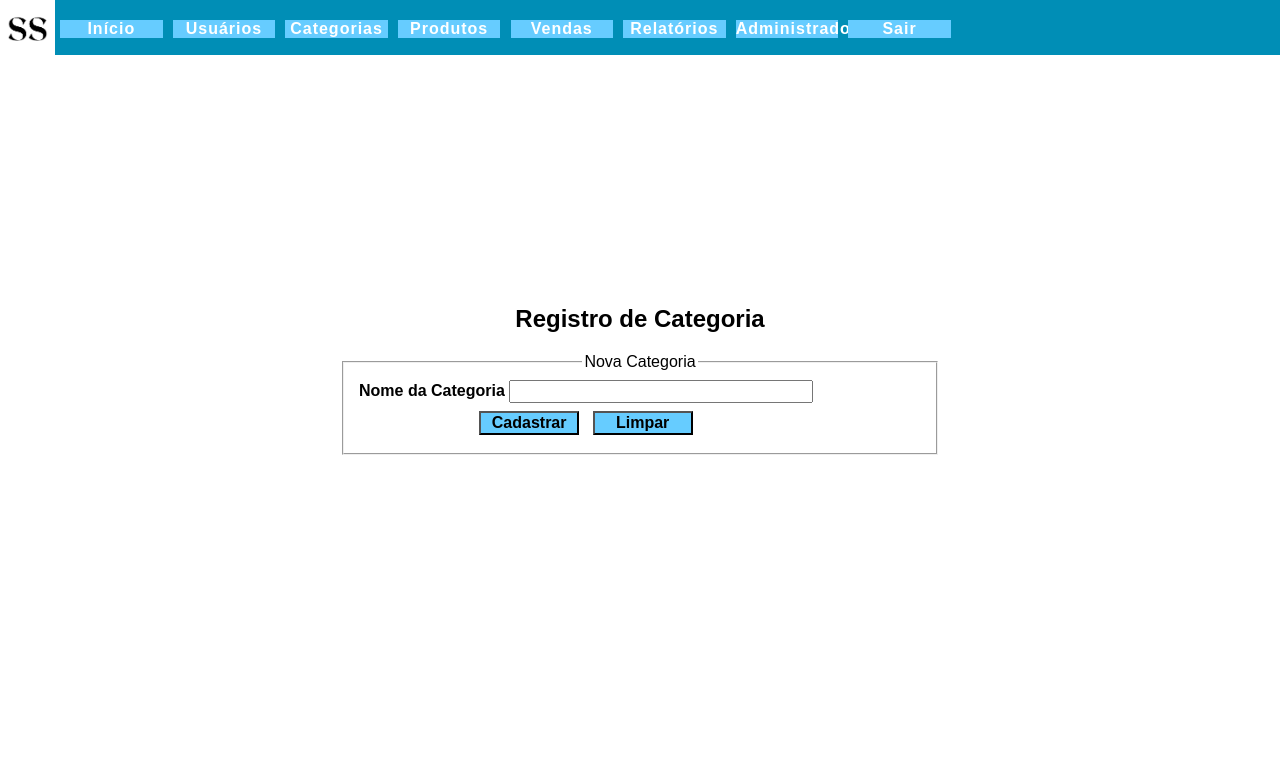
Repository: FaculdadeSenaiJoinville/PiMichelBaade
Page: ProjetoIndividual/WebContent/pages/admin/adminCategorias.html
The author's editor kept a copy of each file at every save. The page is drawn from the files as they stood at one save, then again after the next save.
The browser window is 1280 px wide. The pictures show the whole page.

Above is the page before, as saved 2021-08-18 00:42:58.

After the next save:
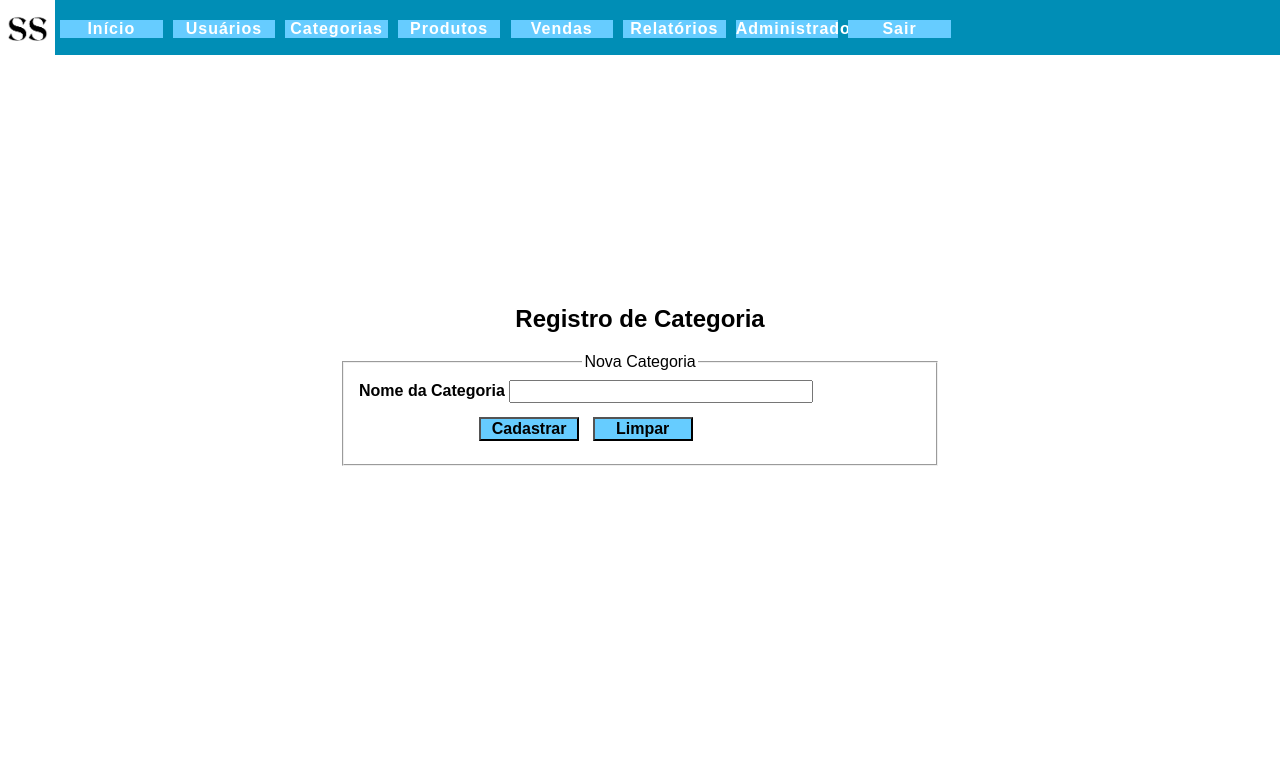
Saved 13 s later.
--- a/ProjetoIndividual/WebContent/css/admin.css
+++ b/ProjetoIndividual/WebContent/css/admin.css
@@ -103,7 +103,7 @@ section img{
 
 .frmInserir button{
 	width: 100px;
-	margin: 1% 1%;
+	margin: 10px 1%;
 	background-color: #66ccff;
 	font-weight: bold;
 	font-size: 16px;
